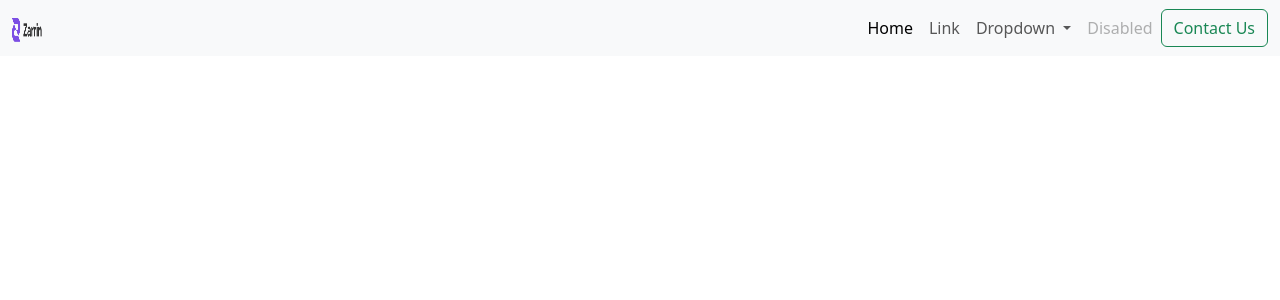
Repository: Laibaaa10/zarrin-website
Page: zarrin-website/index.html
These files come from the project's save history. The page is drawn as it stood at one moment and after the next save; the edit follows.
The browser window is 1280 px wide. The pictures show the whole page.

Above is the page before, as saved 2026-06-29 20:55:08.

After the next save:
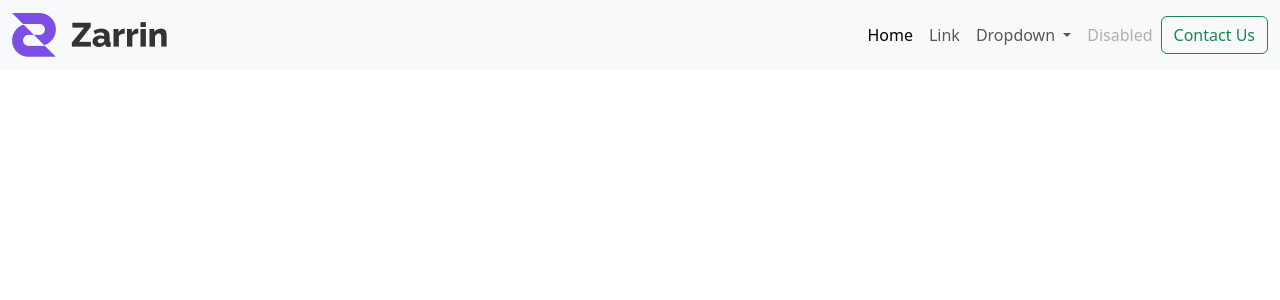
Saved 15 s later.
--- a/zarrin-website/index.html
+++ b/zarrin-website/index.html
@@ -10,7 +10,7 @@
     <!--Header Start-->
     <nav class="navbar navbar-expand-lg bg-body-tertiary">
   <div class="container-fluid">
-    <a class="navbar-brand" href="#"> <img src="./images/logo.png" alt="Logo" width="30" height="24"></a>
+    <a class="navbar-brand" href="#"> <img src="./images/logo.png" alt="Logo" ></a>
     <button class="navbar-toggler" type="button" data-bs-toggle="collapse" data-bs-target="#navbarSupportedContent" aria-controls="navbarSupportedContent" aria-expanded="false" aria-label="Toggle navigation">
       <span class="navbar-toggler-icon"></span>
     </button>
